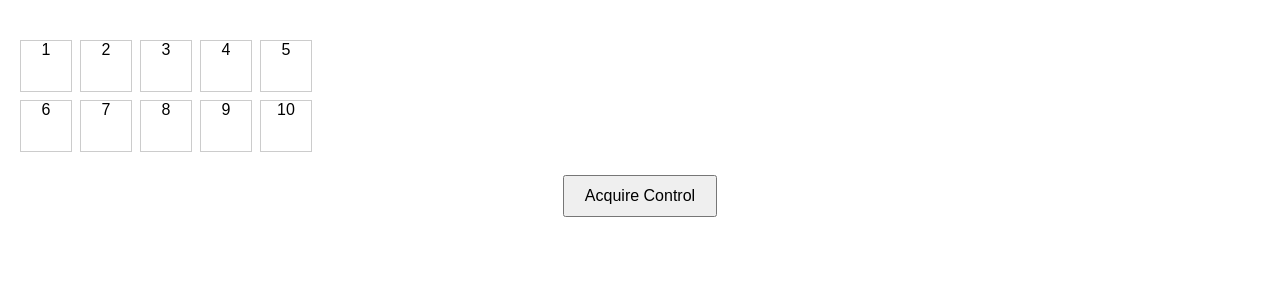
Repository: sahelipaul17/appYogi
Page: public/index.html
An editor plug-in stored every save of this project. The page is shown before and after the next save, followed by the edit.
The browser window is 1280 px wide. The pictures show the whole page.

Above is the page before, as saved 2023-07-28 09:40:54.

### public/index.html
<!DOCTYPE html>
<html lang="en">
<head>
  <meta charset="UTF-8">
  <meta name="viewport" content="width=device-width, initial-scale=1.0">
  <title>Remote Keyboard</title>
  <link rel="stylesheet" href="styles.css">
</head>
<body>
  <div class="keyboard">
    <div class="key" id="key1">1</div>
    <div class="key" id="key2">2</div>
    <div class="key" id="key3">3</div>
    <div class="key" id="key4">4</div>
    <div class="key" id="key5">5</div>
    <div class="key" id="key6">6</div>
    <div class="key" id="key7">7</div>
    <div class="key" id="key8">8</div>
    <div class="key" id="key9">9</div>
    <div class="key" id="key10">10</div>
  </div>
  <button id="acquireControlBtn">Acquire Control</button>
  <button id="releaseControlBtn" disabled>Release Control</button>

  <script src="https://code.jquery.com/jquery-3.6.0.min.js"></script>
  <script src="app.js"></script>
</body>
</html>

### public/styles.css
body {
    font-family: Arial, sans-serif;
    margin: 0;
    padding: 20px;
    text-align: center;
  }

  .keyboard {
    display: grid;
    grid-template-columns: repeat(5, 50px);
    grid-template-rows: repeat(2, 50px);
    gap: 10px;
    margin: 20px auto;
  }

  .key {
    width: 50px;
    height: 50px;
    background-color: white;
    border: 1px solid #ccc;
    cursor: pointer;
  }

  .key.lit {
    background-color: red; /* Change to yellow for user 2 */
  }

  button {
    margin: 5px;
    padding: 10px 20px;
    font-size: 16px;
    cursor: pointer;
  }

  #releaseControlBtn {
    display: none; /* Hide the Release Control button initially */
  }

### public/app.js
$(document).ready(() => {
    const user = getUserFromQuery(); // Get the user from the query string
    let controlAcquired = false;

    // Function to get the user from the query string
    function getUserFromQuery() {
      const urlParams = new URLSearchParams(window.location.search);
      return urlParams.get('user');
    }

    // Function to handle acquiring control
    function acquireControl() {
      if (controlAcquired) return;
      $.post('/acquire-control', { user }, (data) => {
        if (data.success) {
          controlAcquired = true;
          $('#acquireControlBtn').prop('disabled', true);
          $('#releaseControlBtn').prop('disabled', false);
          pollServer();
        } else {
          console.log('Failed to acquire control. Control is currently held by another user.');
        }
      });
    }

    // Function to handle releasing control
    function releaseControl() {
      if (!controlAcquired) return;
      $.post('/acquire-control', { user: null }, (data) => {
        if (data.success) {
          controlAcquired = false;
          $('#acquireControlBtn').prop('disabled', false);
          $('#releaseControlBtn').prop('disabled', true);
        } else {
          console.log('Failed to release control. Something went wrong.');
        }
      });
    }

    // Function to update key state on the server
    function updateKeyState(key, state) {
      $.post('/update-key-state', { user, key, state }, (data) => {
        if (!data.success) {
          console.log('Failed to update key state. Make sure you have control.');
        }
      });
    }

    // Function to handle key click events
    function handleKeyClick(event) {
      const key = event.target.id;
      const currentState = $(event.target).hasClass('lit');

      if (currentState) {
        // Turn off the key
        updateKeyState(key, false);
      } else {
        // Turn on the key
        updateKeyState(key, true);
      }
    }

    // Function to handle keyboard click events
    function handleKeyboardClick(event) {
      if (controlAcquired) {
        handleKeyClick(event);
      } else {
        console.log('You need to acquire control first.');
      }
    }

    // Function to update the keyboard state based on the server response
    function updateKeyboardState(state) {
      // Loop through each key and update its state
      $('.key').each((index, element) => {
        const key = element.id;
        const isLit = state[key];
        if (isLit) {
          $(element).addClass('lit');
        } else {
          $(element).removeClass('lit');
        }
      });
    }

    // Attach click event listener to the keyboard
    $('.keyboard').on('click', '.key', handleKeyboardClick);

    // Periodically poll the server to update the keyboard state
    function pollServer() {
      // Send an Ajax request to the server to get the keyboard state
      $.get('/get-keyboard-state', (data) => {
        updateKeyboardState(data);
      });
    }

    // Button to acquire control
    $('#acquireControlBtn').click(acquireControl);

    // Button to release control
    $('#releaseControlBtn').click(releaseControl);
  });

After the next save:
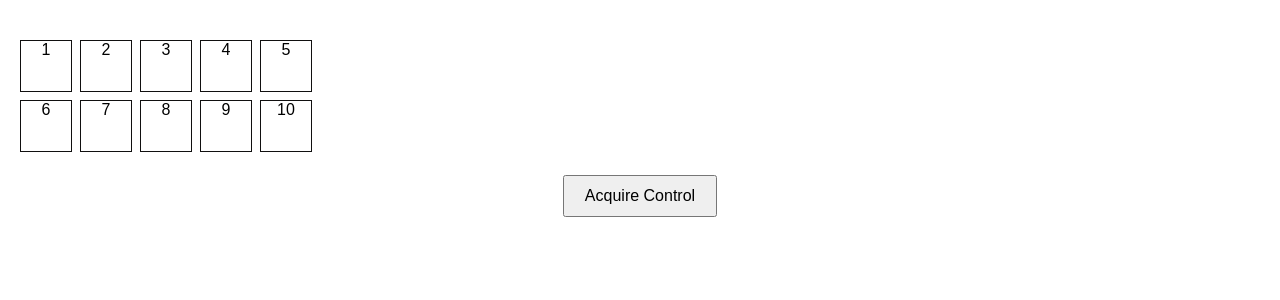
Saved 41 s later.
--- a/public/styles.css
+++ b/public/styles.css
@@ -17,7 +17,7 @@ body {
     width: 50px;
     height: 50px;
     background-color: white;
-    border: 1px solid #ccc;
+    border: 1px solid #111010;
     cursor: pointer;
   }
 
